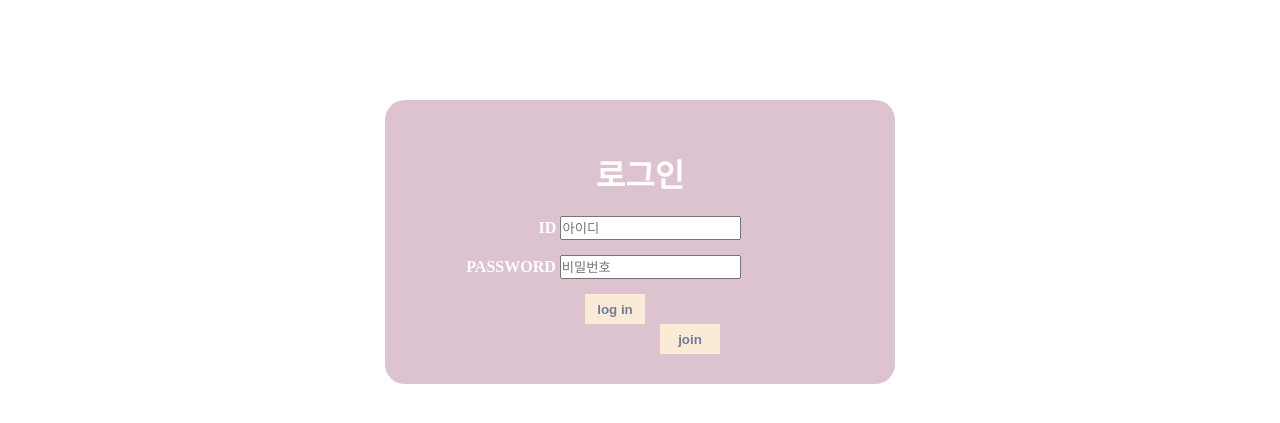
Repository: kayoyo/jsp
Page: http://localhost/BoardWeb_4/login
These files come from the project's save history. The page is drawn as it stood at one moment and after the next save; the edit follows.
The browser window is 1280 px wide. The pictures show the whole page.
The page is served by Tomcat 9.

Above is the page before, as saved 2020-08-28 05:19:22.

After the next save:
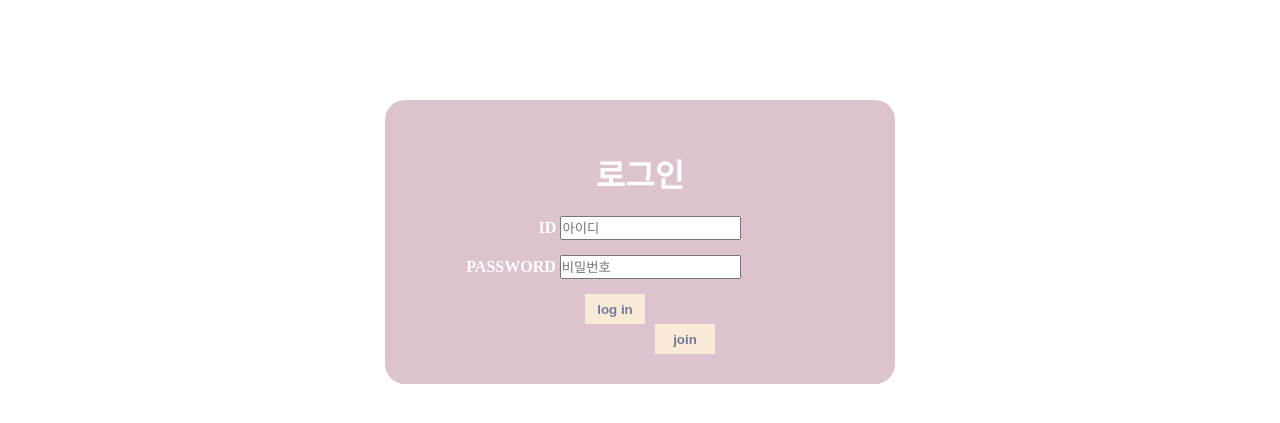
Saved 8 s later.
--- a/BoardWeb_4/WebContent/WEB-INF/jsp/user/login.jsp
+++ b/BoardWeb_4/WebContent/WEB-INF/jsp/user/login.jsp
@@ -16,7 +16,7 @@
  input {height : 20px;}
  #loginBtn {width: 60px; height: 30px; margin-left: -50px;
  		color: #727A9A; background-color: #faebd7; font-weight:bold; border:none;}
- #joinBtn {width: 60px; height: 30px; margin-left: 100px;
+ #joinBtn {width: 60px; height: 30px; margin-left: 90px;
  		color: #727A9A; background-color: #faebd7; font-weight:bold; border:none;}
 
 
